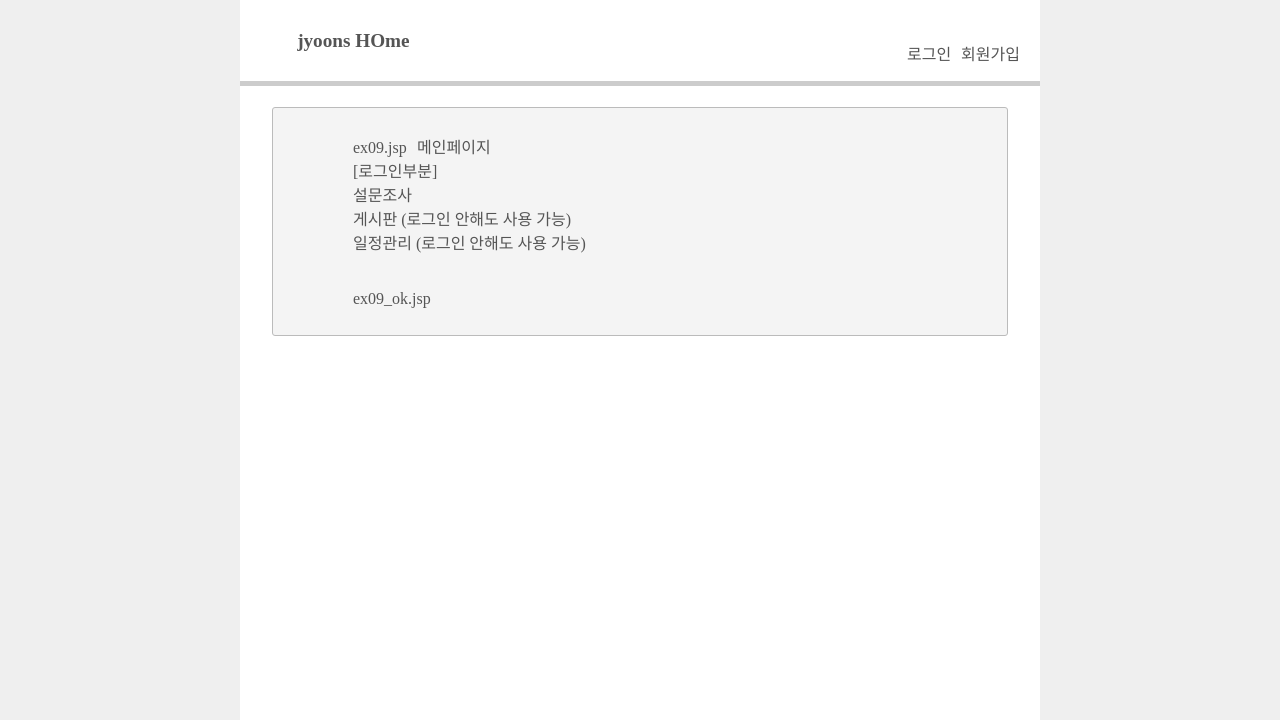
Repository: jyoons00/JSP-sample
Page: http://localhost/jspPro/days03/ex09.jsp
These files come from the project's save history. The page is drawn as it stood at one moment and after the next save; the edit follows.
The browser window is 1280 px wide. The pictures show the whole page.
Some web fonts or font styles are not loaded; a fallback is used. The page is served by Tomcat 9. Other server files are loaded and not shown.

Above is the page before, as saved 2024-10-17 07:21:30.

### jspPro/src/main/webapp/days03/ex09.jsp
<%@ page contentType="text/html; charset=UTF-8" pageEncoding="UTF-8"%>
<!DOCTYPE html>
<html>
  <head>
    <meta charset="UTF-8" />
    <title>Insert title here</title>
    <link
      rel="shortcut icon"
      type="image/x-icon"
      href="http://localhost/jspPro/images/SiSt.ico"
    />
    <script src="https://ajax.googleapis.com/ajax/libs/jquery/3.7.1/jquery.min.js"></script>
    <meta name="viewport" content="width=device-width, initial-scale=1.0" />
    <link
      rel="stylesheet"
      href="http://localhost/jspPro/resources/cdn-main/example.css"
    />
    <script src="http://localhost/jspPro/resources/cdn-main/example.js"></script>
    <style>
      span.material-symbols-outlined {
        vertical-align: text-bottom;
      }
    </style>
  </head>
  <body>
    <header>
      <h1 class="main">
        <a href="#" style="position: absolute; top: 30px">jyoons HOme</a>
      </h1>
      <ul>
        <li><a href="#">로그인</a></li>
        <li><a href="#">회원가입</a></li>
      </ul>
    </header>
    <div>
      <xmp class="code">
   		ex09.jsp	메인페이지
   		[로그인부분]
   		설문조사
   		게시판 (로그인 안해도 사용 가능)
   		일정관리 (로그인 안해도 사용 가능)


   		ex09_ok.jsp
  	  </xmp>
    </div>

  </body>
</html>

### jspPro/src/main/webapp/resources/cdn-main/example.css
@charset "UTF-8";

@import url('https://fonts.googleapis.com/css2?family=Material+Symbols+Outlined:opsz,wght,FILL,GRAD@20..48,100..700,0..1,-50..200');

@font-face {
    font-family: 'GmarketSansMedium';
    src: url('https://cdn.jsdelivr.net/gh/projectnoonnu/noonfonts_2001@1.1/GmarketSansMedium.woff') format('woff');
    font-weight: normal;
    font-style: normal;
}

:root {
	--text-color: #555;
	--sub-text-color: #777;
	--back-color: #EFEFEF;
	--header-color: #444;
	--primary-color: #DEDEDE;
	--secondary-color: #EFEFEF;
	--default-width: 800px;
	--narrow-width: 500px;
	--wide-width: 1200px;
	--text-font: 'GmarketSansMedium';
	--icon-font: 'Material Symbols Outlined';
	--border-color: #CCC;
}

html, body {
	margin: 0;
	padding: 0;
}

html {
	background-color: var(--back-color);
	display: flex;
	justify-content: center;
	min-height: 100vh;
}

body, body.default {
	width: var(--default-width);
	background-color: white;
	padding-bottom: 120px;
}

body.wide {
	width: var(--wide-width);
}

body.narrow {
	width: var(--narrow-width);
}



body, p, div, span, a, input, select, option, textarea, button, table, th, td, label, fieldset, legend {
	font-family: var(--text-font);
	color: var(--text-color);
}

h1, h2, h3 {
	font-family: var(--text-font);
	color: var(--header-color);
	padding: 0 1rem;
	padding-top: .5rem;
}

div > h1, div > h2, div > h3 {
	padding: 0;
}

body > div, body > main > div {
	padding: 0.3rem 1rem;
}


h1 { font-size: 2rem; border-bottom: 1px solid var(--border-color); }
h1 small { font-size: 1.2rem; color: var(--sub-text-color); }
h2 { font-size: 1.5rem; border-bottom: 1px dashed var(--border-color); }
h2 small { font-size: 1.1rem; color: --sub-text-color; }
h3 { font-size: 1.2rem; }
h3 small { font-size: 1rem; color: --sub-text-color; }



h1.main::before {
	font-family: var(--icon-font);
  	content: '\e666';
  	margin-right: 10px;
  	float: left;
	font-size: 2.5rem;
}

h1.sub::before {
	font-family: var(--icon-font);
  	content: '\ea19';
  	margin-right: 10px;
  	float: left;
	font-size: 2.5rem;
}


h1.page::before {
	font-family: var(--icon-font);
  	content: '\e0e0';
  	margin-right: 10px;
  	float: left;
	font-size: 2.5rem;
}

body > header > ul > li > .active{
	background-color: #FFF;
	color:#F00;
}

body > header {
	display: flex;
	justify-content: space-between;
	border-bottom: 5px solid var(--border-color);
	min-height: 74px;
	background-color: #FFF;
}

body > header.sticky {
	position: sticky;
	top: 0;
	z-index: 98;
}

body > header > h1 {
	font-size: 1.2rem;
	border: 0;
}

body > header.in > h1::before {
	font-family: var(--icon-font);
  	content: '\e332‥';
  	margin-right: 3px;
  	float: left;
	font-size: 2rem;
}


body > header > ul {
	list-style-type: none;
	display: flex;
	align-items: flex-end;
	margin-right: 10px;
}

body > header > ul > li {
	margin-right: 10px;
	cursor: pointer;
}

body > header > ul > li > a {
	cursor: pointer;
}


form {
	display: block;
}

form > div {
	padding: 0.3rem 1rem;
}

div > form > div {
	padding: 0.3rem 0;
}

input, textarea, button, select {
	border: 1px solid #BBB;
	border-radius: 3px;
	outline: none;
	resize: none;
	padding: 7px;
	margin: 0;
}

input[type=text]:read-only, textarea:read-only {
	cursor: not-allowed;
	background-color: #FFF;
}

input[type=text]:disabled, textarea:disabled {
	cursor: not-allowed;
	background-color: #EEE;
}

input[type=text], input[type=password], textarea, button, select {
	/* width: 300px; */
}

textarea {
	display: block;
	height: 100px;
}

input[type=button], input[type=submit], button {
	/* width: inherit; */
}

input.short, textarea.short, button.short, select.short {
	width: 100px;
}

input.long, textarea.long, button.long, select.long {
	width: 350px;
}

.narrow input.long, .narrow textarea.long, .narrow button.long, .narrow select.long {
	width: calc(100% - 20px);
}

input.full, textarea.full, button.full, select.full {
	width: calc(100% - 20px);
}

textarea.short {
	height: 50px;
}

textarea.long {
	height: 100px;
}

textarea.full {
	height: 200px;
}

input, textarea {
	padding-top: 8px;
}

input[type=button], input[type=submit], button {
	padding: 5px 10px;
	background-color: var(--secondary-color);
	cursor: pointer;
	min-height: 36px;
}

input[type=button].primary, input[type=submit].primary, button.primary {
	/* background-color: rgba(100, 149, 237, .2); */
	background-color: var(--primary-color);
}

input[type=button].primary:hover, input[type=submit].primary:hover, button.primary:hover {
	/* background-color: rgba(100, 149, 237, .3); */
	background-color: var(--secondary-color);
}

input[type=button]:hover, input[type=submit]:hover, button:hover {
	background-color: var(--primary-color);
}

button {
	position: relative;
	left: 0;
	top: 0;
	padding-left: 35px;
}

button .material-symbols-outlined {
	position: absolute;
	left: 10px;
	top: 4px;
}

/* k2nik add */
button.login::before {
	font-family: var(--icon-font);
  	content: '\ea77';
	position: absolute;
	left: 11px;
	top: 4px;
	font-size: 1.25rem;
}

/* k2nik logout */
button.logout::before {
	font-family: var(--icon-font);
  	content: '\e9ba';
	position: absolute;
	left: 11px;
	top: 4px;
	font-size: 1.25rem;
}

/* k2nik help */
button.help::before {
	font-family: var(--icon-font);
  	content: '\f1c0';
	position: absolute;
	left: 11px;
	top: 4px;
	font-size: 1.25rem;
}

button.add::before{
	font-family: var(--icon-font);
  	content: '\e746';
	position: absolute;
	left: 11px;
	top: 4px;
	font-size: 1.25rem;
}

button.back::before {
	font-family: var(--icon-font);
  	content: '\e166';
	position: absolute;
	left: 11px;
	top: 4px;
	font-size: 1.25rem;
}

button.list::before {
	font-family: var(--icon-font);
  	content: '\e0ee';
	position: absolute;
	left: 11px;
	top: 4px;
	font-size: 1.25rem;
}


button.del::before {
	font-family: var(--icon-font);
  	content: '\e872';
	position: absolute;
	left: 11px;
	top: 4px;
	font-size: 1.25rem;
}


button.edit::before {
	font-family: var(--icon-font);
  	content: '\e745';
	position: absolute;
	left: 11px;
	top: 4px;
	font-size: 1.25rem;
}


button.login::before {
	font-family: var(--icon-font);
  	content: '\ea77';
	position: absolute;
	left: 11px;
	top: 4px;
	font-size: 1.25rem;
}


button.logout::before {
	font-family: var(--icon-font);
  	content: '\e9ba';
	position: absolute;
	left: 11px;
	top: 4px;
	font-size: 1.25rem;
}


button.in::before {
	font-family: var(--icon-font);
  	content: '\f71a';
	position: absolute;
	left: 11px;
	top: 4px;
	font-size: 1.25rem;
}


button.out::before {
	font-family: var(--icon-font);
  	content: '\f70e';
	position: absolute;
	left: 11px;
	top: 4px;
	font-size: 1.25rem;
}


button.reply::before {
	font-family: var(--icon-font);
  	content: '\e15e';
	position: absolute;
	left: 11px;
	top: 4px;
	font-size: 1.25rem;
}


button.comment::before {
	font-family: var(--icon-font);
  	content: '\e0b9';
	position: absolute;
	left: 11px;
	top: 4px;
	font-size: 1.25rem;
}


button.modal::before {
	font-family: var(--icon-font);
  	content: '\e89e';
	position: absolute;
	left: 11px;
	top: 4px;
	font-size: 1.25rem;
}


button.ok::before {
	font-family: var(--icon-font);
  	content: '\e86c';
	position: absolute;
	left: 11px;
	top: 4px;
	font-size: 1.25rem;
}


button.cancel::before {
	font-family: var(--icon-font);
  	content: '\e5c9';
	position: absolute;
	left: 11px;
	top: 4px;
	font-size: 1.25rem;
}

button.search::before {
	font-family: var(--icon-font);
  	content: '\e8b6';
	position: absolute;
	left: 11px;
	top: 4px;
	font-size: 1.25rem;
}

button.home::before {
	font-family: var(--icon-font);
  	content: '\e88a';
	position: absolute;
	left: 11px;
	top: 4px;
	font-size: 1.25rem;
}


button.sidebar::before {
	font-family: var(--icon-font);
  	content: '\f7e4';
	position: absolute;
	left: 11px;
	top: 4px;
	font-size: 1.25rem;
}


button.sidebar-right::before {
	font-family: var(--icon-font);
  	content: '\f7e5';
	position: absolute;
	left: 11px;
	top: 4px;
	font-size: 1.25rem;
}




button::before {
	font-family: var(--icon-font);
  	content: '\e323';
	position: absolute;
	left: 11px;
	top: 4px;
	font-size: 1.25rem;
}


table {
	border-collapse: collapse;
	margin: 1rem;
	box-sizing: border-box;
	width: calc(100% - 32px);
}

table.content {
	width: auto;
}

div > table {
	margin: 0;
}

table th, table td {
	border: 1px solid var(--border-color);
	padding: 7px;
	font-weight: normal;
}

table th {
	background-color: var(--back-color);
}

table.vertical th {
	width: 150px;
}

table.vertical td {
	width: calc(100% - 182px);
	padding-left: 10px;
}

table.content td, table.content th {
	width: auto;
}

body.narrow table.vertical th {
	width: 100px;
}

body.narrow table.vertical td {
	width: calc(100% - 182px);
}


table + table {
	margin-top: 30px;
}


p {
	padding: 0 1rem;
}

a {
	text-decoration: none;
}

a:hover {
	color: rgba(255, 99, 71, .7);
}

hr {
	border: 0;
	border-top: 1px solid var(--border-color);
	margin: 2rem 0;
}

.message {
	border: 1px solid var(--border-color);
	background-color: #EFEFEF;
	margin: 1rem;
	width: auto;
	padding-top: 10px;
	padding-bottom: 10px;
	font-size: 14px;
}

.message[title]::before {
	content: attr(title);
	display: block;
	border-bottom: 1px solid var(--border-color);
	padding-bottom: 5px;
	margin-bottom: 10px;
	margin-top: 7px;
}

.message.short {
	max-width: 250px;
}

.message.long {
	max-width: 500px;
}

.badge {
	float: right;
	font-size: .8rem;
	margin-top: 2px;
	margin-right: 2px;
	text-shadow: 0 0 7px gray;
}

.badge.left {
	float: none;
	margin-left: 2px;
}

.badge.right {
	float: right;
}

.badge.red {
	border-radius: 50%;
	padding: 2px 5px;
	background-color: rgb(255, 99, 71, .3);
}

.badge.yellow {

	border-radius: 50%;
	padding: 2px 5px;
	background-color: rgb(255, 215, 0, .5);
}

.badge.blue {
	border-radius: 50%;
	padding: 2px 5px;
	background-color: rgb(100, 149, 237, .3);
}

label + label {
	margin-left: 7px;
}

label input[type=checkbox], label input[type=radio] {
	transform: translate(0, 1px);
}

.group {
	display: flex;
}

.modal-content .group {
	margin-bottom: .5rem;
}

.group label {
	border: 1px solid #BBB;
	border-radius: 3px;
	outline: none;
	resize: none;
	padding: 7px 14px;
	margin: 0;
	border-top-right-radius: 0;
	border-bottom-right-radius: 0;
	background-color: #EFEFEF;
	white-space: nowrap;
	font-size: 14px;
}

.group input[type=text] {
	margin-left: -1px;
	border-top-left-radius: 0;
	border-bottom-left-radius: 0;
}

.group select {
	margin-left: -1px;
	border-top-left-radius: 0;
	border-bottom-left-radius: 0;
}

.group input.full[type=text] {
	margin-left: -1px;
	border-top-left-radius: 0;
	border-bottom-left-radius: 0;
	width: 100%;
}

.group input[type=button]:first-child, .group button:first-child {
	border-top-left-radius: 3px;
	border-bottom-left-radius: 3px;
	margin-left: 0px;
}

.group input[type=button], .group button {
	border-radius: 0;
	margin-left: -1px;
}

.group input[type=button]:last-child, .group button:last-child {
	margin-left: -1px;
	border-top-right-radius: 3px;
	border-bottom-right-radius: 3px;
}

.seperate {
	display: flex;
	justify-content: space-between;
}

div.list {
	width: max-content;
	margin: 1rem;
	border: 1px solid #BBB;
	border-radius: 3px;
	padding: 0;
}

div.list.full {
	width: auto;
	display: block;
	margin: 1rem;
	border: 1px solid #BBB;
	border-radius: 3px;
	padding: 0;
}

div.list > div {
	padding: .5rem 1rem;
	margin: 0;
	border-bottom: 1px solid #BBB;
}

div.list > div:last-child {
	border-bottom: 0;
}

pre.code , xmp.code{
	font-family: consols;
	background-color: rgba(150, 150, 150, .1);
	border: 1px solid #BBB;
	border-radius: 3px;
	padding: .5rem 1rem;
	padding-bottom: .6rem;
	margin: 1rem;
}




*[data-modal-window] {
	position: fixed;
	background-color: rgba(0, 0, 0, .3);
	left: 0;
	top: 0;
	display: none;
	justify-content: center;
	align-items: flex-start;
	width: 100%;
	min-height: 100vh;
	z-index: 100;
	opacity: 0;
	transition: 500ms all;
}

*[data-modal-window] .modal-container {
	border-radius: 5px;
	padding: 1rem;
	padding-bottom: .5rem;
	margin-top: -500px;
	opacity: 0;
	width: 500px;
	background-color: #FFF;
	margin-right: 2rem;
	transition: 500ms all;
}

*[data-modal-size=content] .modal-container {
	width: auto;
}

*[data-modal-size=narrow] .modal-container {
	width: 300px;
}

*[data-modal-size=wide] .modal-container {
	width: 760px;
}


*[data-modal-window] .modal-header {
	border-bottom: 1px solid var(--border-color);
	padding: 2px 5px;
}

*[data-modal-window] .modal-content {
	padding: 1rem 5px;
}

*[data-modal-window] .modal-content div:last-child {
	margin-top: 1rem;
	text-align: right;
}



*[data-sidebar-window] {
	position: fixed;
	background-color: #FFF;
	left: 0;
	top: 0;
	display: block;
	width: 300px;
	border-right: 1px solid var(--border-color);
	box-sizing: border-box;
	box-shadow: 0 0 3px var(--back-color);
	min-height: 100vh;
	z-index: 99;
	transform: translate(-300px, 0);
	transition-duration: 500ms;
	transition-property: transform;
}

*[data-sidebar-direction=right] {
	left: auto;
	right: 0;
	transform: translate(300px, 0);
	border-left: 1px solid var(--border-color);
}

*[data-sidebar-size=wide] {
	width: 500px;
	transform: translate(-500px, 0);
}

*[data-sidebar-window] .sidebar-title {
	border-bottom: 1px solid var(--border-color);
	margin-top: 20px;
	margin-bottom: 20px;
	padding-bottom: 5px;
	display: flex;
	justify-content: space-between;
}

*[data-sidebar-window] .sidebar-title span:last-child {
	cursor: pointer;
}


/* K2Nik pagination */
.center {
  text-align: center;
}

.pagination {
  display: inline-block;
}

.pagination a {
  color: black;
  float: left;
  padding: 3px 6px;
  text-decoration: none;
  transition: background-color .3s;
  border: 1px solid #ddd;
  margin: 0 3px;
}

.pagination a.active {
  background-color: #4CAF50;
  color: white;
  border: 1px solid #4CAF50;
}

.pagination a:hover:not(.active) {background-color: #ddd;}

### jspPro/src/main/webapp/resources/cdn-main/example.js

window.onload = () => {

    const list = document.querySelectorAll('input, textarea');

    list.forEach(item => {
        item.setAttribute('autocomplete', 'off');
    });


    const modal_btn_list = document.querySelectorAll('*[data-modal-button]');

    modal_btn_list.forEach(item => {
        item.onclick = function() {

            const name = this.dataset['modalButton'];
            const modal_window = document.querySelector('*[data-modal-window=' + name);

            const container = document.createElement('div');
            container.className = 'modal-container';



            const modal_header = document.createElement('div');
            modal_header.textContent = modal_window.dataset['modalTitle'];
            modal_header.className = 'modal-header';
            container.appendChild(modal_header);

            const modal_content = document.createElement('div');
            modal_content.className = 'modal-content';
            container.appendChild(modal_content);

            Array.from(modal_window.childNodes).forEach(item => {
                modal_content.appendChild(item);
            });

            modal_window.appendChild(container);

            modal_window.style.display = 'flex';

            setTimeout(() => {
                modal_window.style.opacity = 1;
                container.style.marginTop = '20px';
                container.style.opacity = 1;
            }, 50);


            const modal_ok = document.querySelector('*[data-modal-ok=' + name);
            modal_ok.addEventListener('click', function() {
                modal_window.style.opacity = 0;
                container.style.marginTop = '-500px';
                container.style.opacity = 0;

                setTimeout(() => {
                    modal_window.innerHTML = modal_content.innerHTML;
                    modal_window.style.display = 'none';
                }, 500);

            });

            const modal_cancel = document.querySelector('*[data-modal-cancel=' + name);
            modal_cancel.addEventListener('click', function() {

                modal_window.style.opacity = 0;
                container.style.marginTop = '-500px';
                container.style.opacity = 0;

                setTimeout(() => {
                    modal_window.innerHTML = modal_content.innerHTML;
                    modal_window.style.display = 'none';
                }, 500);
            });


        };
    });


    const sidebar_btn_list = document.querySelectorAll('*[data-sidebar-button]');

    sidebar_btn_list.forEach(item => {
        item.onclick = function() {



            const name = this.dataset['sidebarButton'];
            const sidebar_window = document.querySelector('*[data-sidebar-window=' + name);

            if (sidebar_window.style.transform == 'translate(0px, 0px)') return;



            sidebar_window.style.transform = 'translate(0, 0)';

            const sidebar_title = document.createElement('div');
            sidebar_title.className = 'sidebar-title';
            sidebar_title.innerHTML = '<span>' + sidebar_window.dataset['sidebarTitle'] + '</span><span class="material-symbols-outlined">close</span>';

            sidebar_title.children[1].onclick = function() {

                let sign = 1;
                let distance = 300;

                if (sidebar_window.dataset['sidebarDirection'] != 'right') {
                    sign = -1;
                } else {
                    sign = 1;
                }

                if (sidebar_window.dataset['sidebarSize'] != 'wide') {
                    distance = 300;
                } else {
                    distance = 500;
                }

                distance *= sign;

                sidebar_window.style.transform = 'translate(' + distance + 'px, 0)';

                setTimeout(function() {
                    sidebar_window.removeChild(sidebar_window.children[0]);
                }, 500);
            };


            sidebar_window.prepend(sidebar_title);

        }
    });

};

// window.onkeydown = function(event) {

//     if (event.keyCode == 27) {
//         if (document.querySelector('[data-modal-window').style.display == 'flex') {
//             document.querySelector('[data-modal-window').style.display = 'none';
//         }
//     }

// };

After the next save:
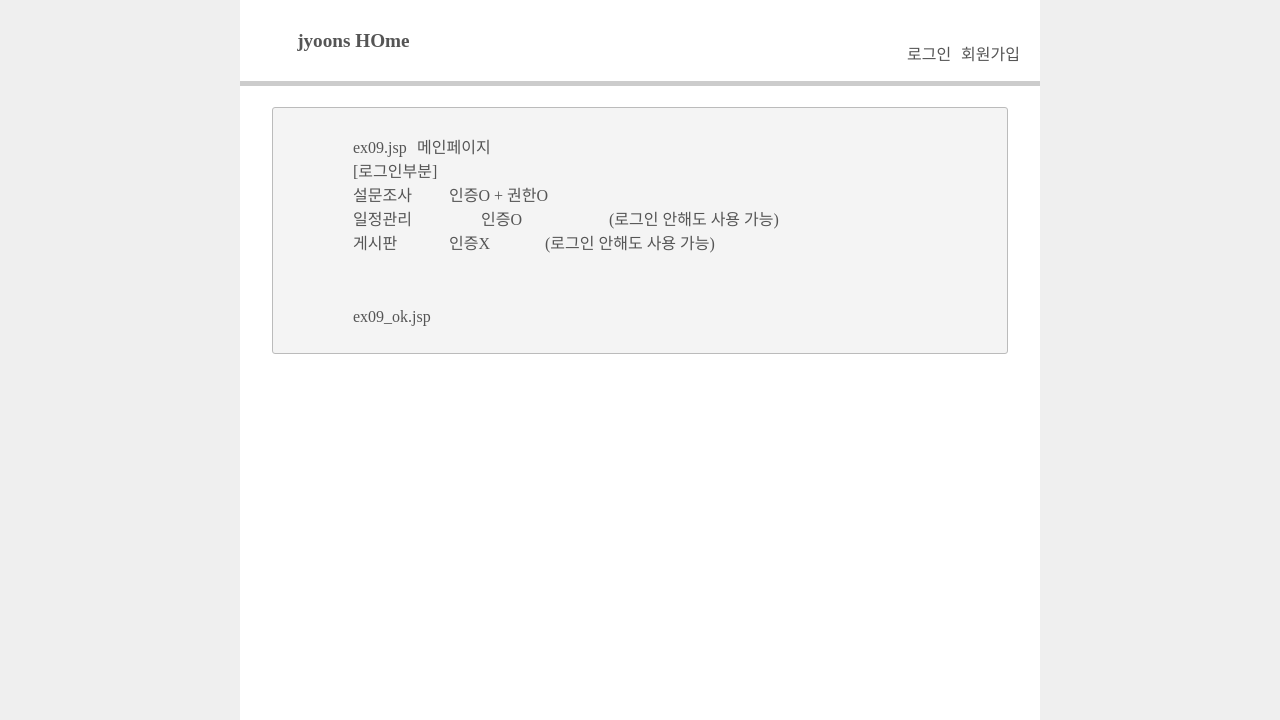
Saved 55 s later.
--- a/jspPro/src/main/webapp/days03/ex09.jsp
+++ b/jspPro/src/main/webapp/days03/ex09.jsp
@@ -36,9 +36,10 @@
       <xmp class="code">
    		ex09.jsp	메인페이지
    		[로그인부분]
-   		설문조사
-   		게시판 (로그인 안해도 사용 가능)
-   		일정관리 (로그인 안해도 사용 가능)
+   		설문조사		인증O + 권한O
+   		일정관리 		인증O			(로그인 안해도 사용 가능)
+   		게시판 		인증X		(로그인 안해도 사용 가능)
+
 
 
    		ex09_ok.jsp
